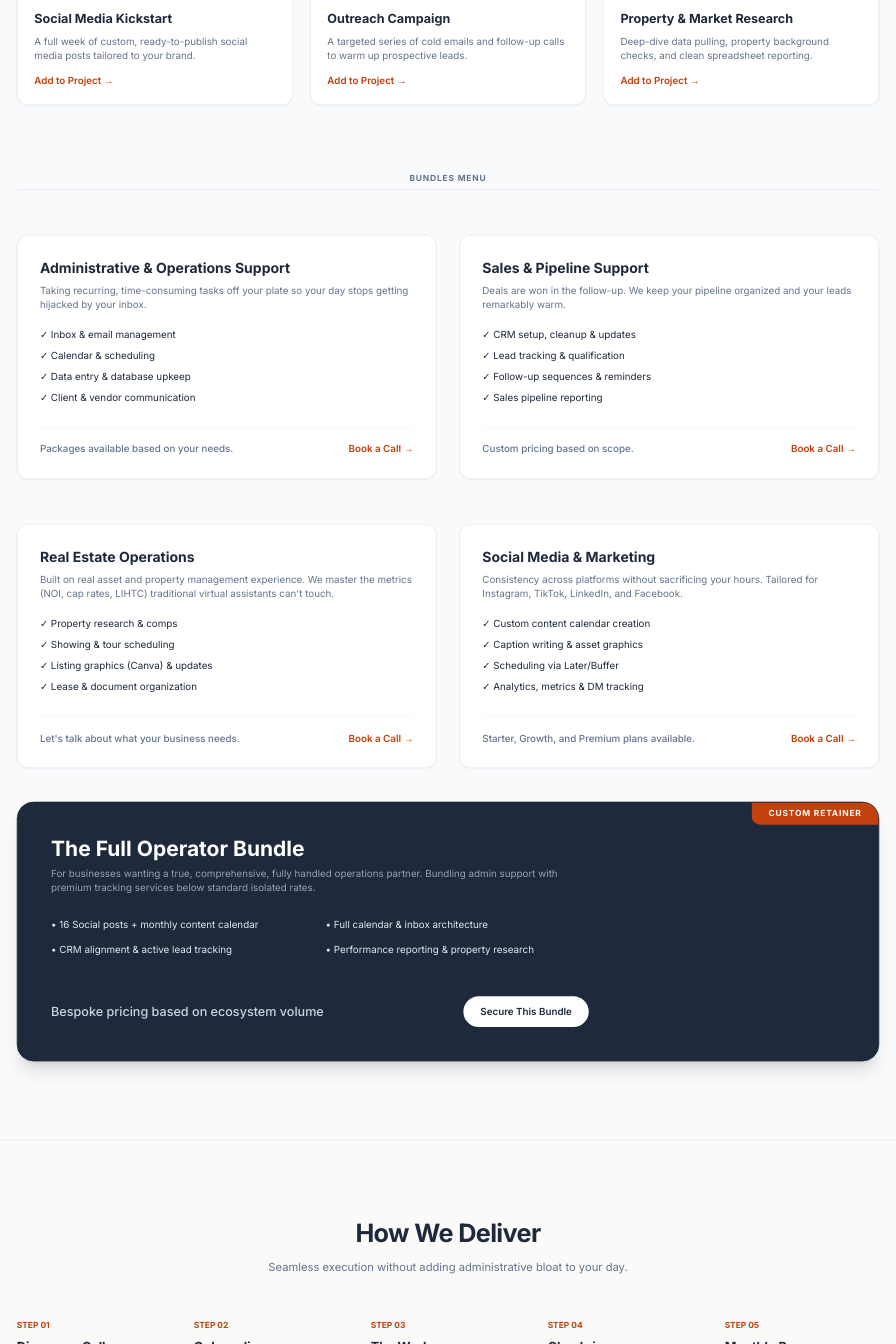
Repository: nokigbo21/theoperator
Page: index.html
These files come from the project's save history. The page is drawn as it stood at one moment and after the next save; the edit follows.
The browser window is 1280 px wide. The pictures show the part of the page from y = 2475 to 4395 px (the page is 5400 px tall before and 5411 px after), at 70% of full size.
Some web libraries are served in a nearby version.

Above is the page before, as saved 2026-06-30 21:00:38.

After the next save:
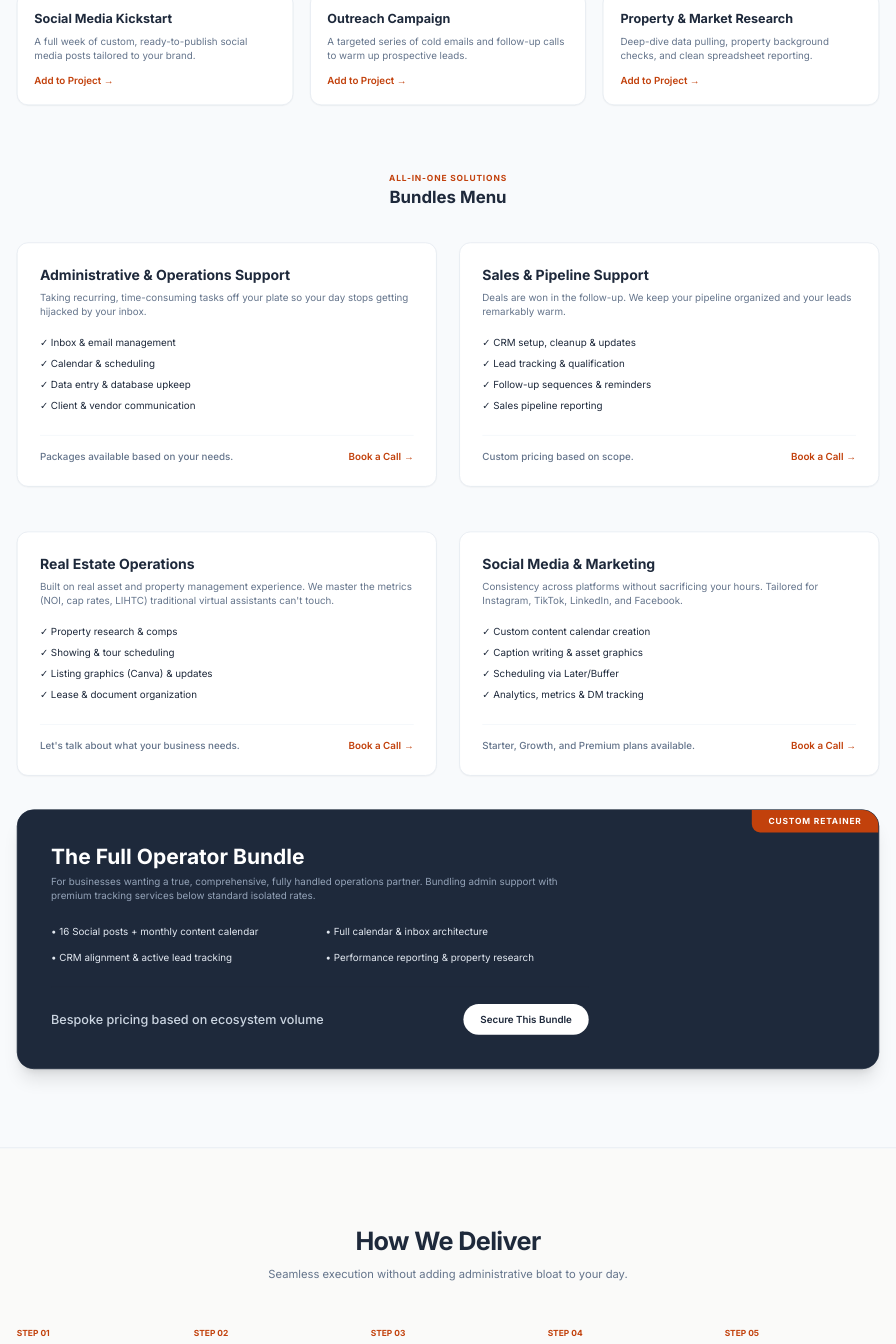
Saved 87 s later.
--- a/index.html
+++ b/index.html
@@ -165,8 +165,9 @@
                 </div>
             </div>
 
-            <div class="mb-16 text-center">
-                <h3 class="text-xs uppercase tracking-widest text-slateLight font-bold border-b pb-2">Bundles Menu</h3>
+            <div class="mb-12 text-center">
+                <h3 class="text-xs uppercase tracking-widest text-accentTerracotta font-bold">All-In-One Solutions</h3>
+                <h2 class="text-2xl font-bold text-slateDark mt-1">Bundles Menu</h2>
             </div>
 
             <div class="mb-16">
